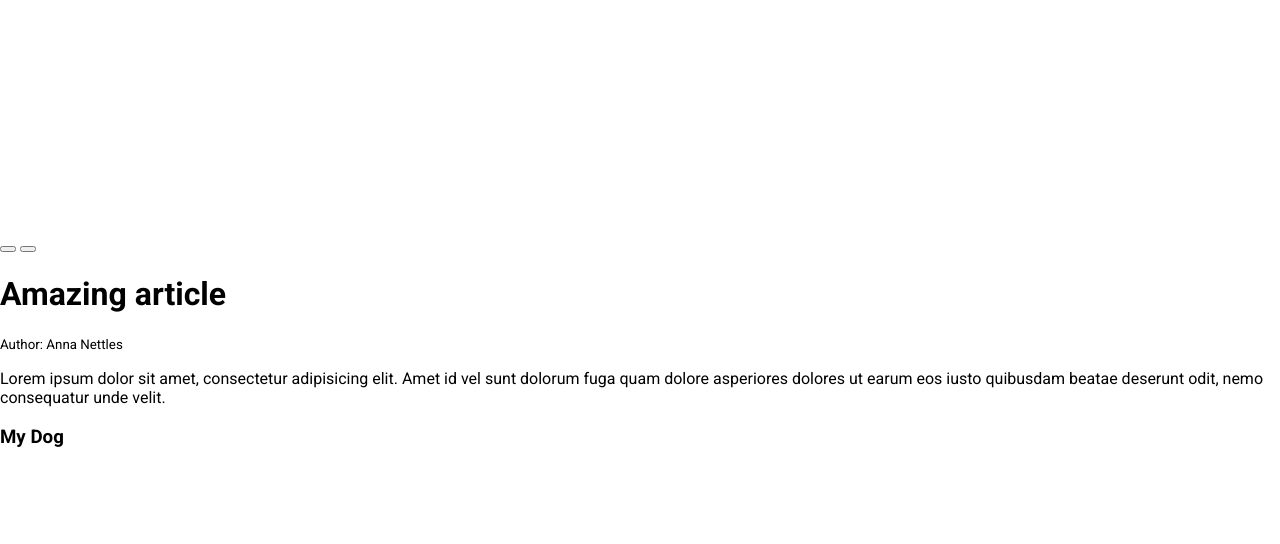
Repository: thecoachanna/rotating-navbar
Page: index.html
These files come from the project's save history. The page is drawn as it stood at one moment and after a run of saves; the edit follows.
The browser window is 1280 px wide. The pictures show the whole page.
Some web fonts or font styles are not loaded; a fallback is used.

Above is the page before, as saved 2023-02-16 08:46:37.

### index.html
<!DOCTYPE html>
<html lang="en">
<head>
    <meta charset="UTF-8">
    <meta http-equiv="X-UA-Compatible" content="IE=edge">
    <meta name="viewport" content="width=device-width, initial-scale=1.0">
    <link rel="stylesheet" href="style.css">
    <title>Rotating Navigation</title>
</head>
<body>
    <div class="container">
        <div class="circle-container">
            <div class="circle">
                <button id="close">
                    <i class="fas fa-times"></i>
                </button>
                <button id="open">
                    <i class="fas fa-times"></i>
                </button>
            </div>
        </div>
        <div class="content">
            <h1>Amazing article</h1>
            <small>Author: Anna Nettles</small>
            <p>Lorem ipsum dolor sit amet, consectetur adipisicing elit. Amet id vel sunt dolorum fuga quam dolore asperiores dolores ut earum eos iusto quibusdam beatae deserunt odit, nemo consequatur unde velit.</p>

            <h3>My Dog</h3>
            <img src="" alt="">
        </div>
    </div>
    <script src="script.js"></script>
</body>
</html>

### style.css
@import url('https://fonts.googleapis.com/css2?family=Inter:wght@400;600;700&family=Lato:wght@100&family=Oswald:wght@700&family=Outfit&family=Poiret+One&family=Roboto:wght@400;700&display=swap');


* {
    box-sizing: border-box;
}

body {
    font-family: 'Roboto', sans-serif;
    display: flex;
    flex-direction: column;
    align-items: center;
    justify-content: center;
    height: 100vh;
    overflow: hidden;
    margin: 0;
}

Loaded but not shown: script.js (no copy from this time; the picture is the same without it)

After the next 4 saves:
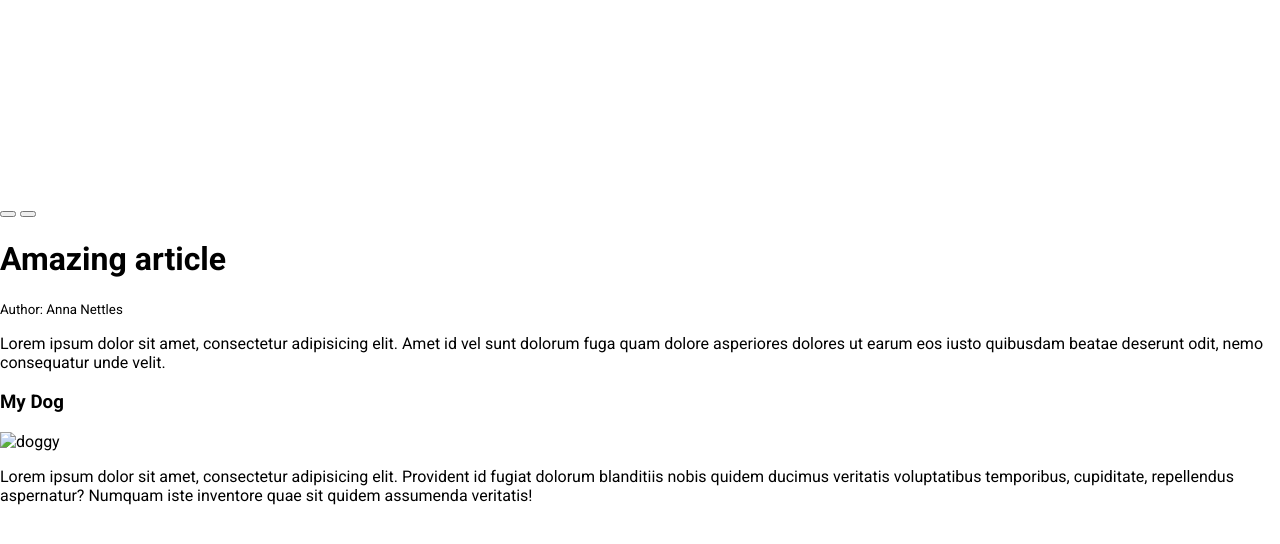
The 4 saves are shown as one change because they came seconds apart.
The last was saved 15 s later.
--- a/index.html
+++ b/index.html
@@ -25,7 +25,8 @@
             <p>Lorem ipsum dolor sit amet, consectetur adipisicing elit. Amet id vel sunt dolorum fuga quam dolore asperiores dolores ut earum eos iusto quibusdam beatae deserunt odit, nemo consequatur unde velit.</p>
 
             <h3>My Dog</h3>
-            <img src="" alt="">
+            <img src="" alt="doggy">
+            <p>Lorem ipsum dolor sit amet, consectetur adipisicing elit. Provident id fugiat dolorum blanditiis nobis quidem ducimus veritatis voluptatibus temporibus, cupiditate, repellendus aspernatur? Numquam iste inventore quae sit quidem assumenda veritatis!</p>
         </div>
     </div>
     <script src="script.js"></script>
